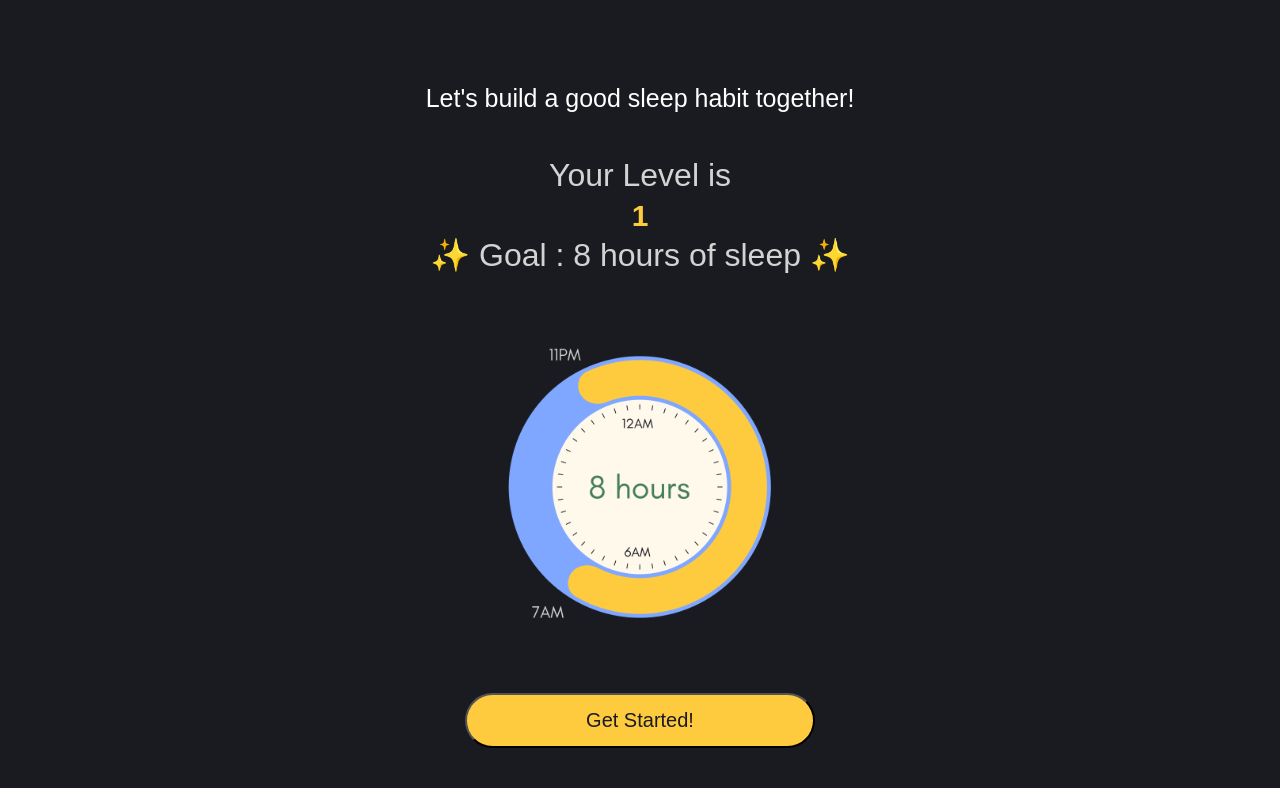
Repository: Crite-Spranberries/sleepixie_app
Page: /result
An editor plug-in stored every save of this project. The page is shown before and after the next save, followed by the edit.
The browser window is 1280 px wide. The pictures show the whole page.
Some web fonts or font styles are not loaded; a fallback is used. The project was rebuilt for these pictures with package versions that can differ from the ones it lists, and the page was loaded fresh each time. The framework's server and built-in components were replaced by stand-ins that run in the browser. Also part of the build but not shown: next.config.mjs.

Above is the page before, as saved 2025-05-12 14:47:59.

### app/layout.js
import "./globals.css";

export default function RootLayout({ children }) {
    return (
        <html lang="en">
            <body>{children}</body>
        </html>
    );
}

### app/result/page.js
"use client";

import { useState } from "react";
import { useRouter } from "next/navigation";
import Image from "next/image";
import YellowFilledButton from "@/ui/buttons/YellowFilledButton";
import styles from "./page.module.css";
import resultClock from "@/ui/images/result_clock.png";

export default function Result() {
    const router = useRouter();

    return (
        <main className={styles.container}>
            <div className={styles.textContainer}>
                <h1 className={styles.title}>
                    Let's build a good sleep habit together!
                </h1>
                <p className={styles.subtitle}>Your Level is</p>
                <p className={styles.level}>1</p>
                <p className={styles.subtitle}>✨ Goal : 8 hours of sleep ✨</p>
            </div>
            <div className={styles.imageContainer}>
                <Image
                    src={resultClock}
                    alt="Result Clock"
                    width={200}
                    height={200}
                    priority
                    className={styles.resultClock}
                />
            </div>
            <div className={styles.buttonContainer}>
                <div className={styles.otherButtons}>
                    <span onClick={() => router.push("/home/home")}>
                        <YellowFilledButton label="Get Started!" />
                    </span>
                </div>
            </div>
        </main>
    );
}

### app/globals.css
@import url("https://fonts.googleapis.com/css2?family=Teachers:wght@400;500;600;700&display=swap");

:root {
    --font-teachers: "Teachers", sans-serif;
}

* {
    margin: 0;
    padding: 0;
    box-sizing: border-box;
}

html,
body {
    font-family: var(--font-teachers);
    font-size: 20px;
    font-style: normal;
    font-weight: 400;
    line-height: 1.5;
    background: var(--night-dark-background, #191b21);
    min-height: 100vh;
}

### ui/buttons/YellowFilledButton.js
import styles from "@/ui/buttons/YellowFilledButton.module.css";

const YellowFilledButton = ({ label }) => {
    return <button className={styles.filledButtonContainer}>{label}</button>;
};
export default YellowFilledButton;

### app/result/page.module.css
.imageContainer {
    display: flex;
    justify-content: center;
    align-items: center;
    margin-top: 1rem;
    margin-bottom: 1rem;
    width: 300px;
    height: 300px;
    margin-left: auto;
    margin-right: auto;
    position: relative;
}

.resultClock {
    width: 100%;
    height: 100%;
    object-fit: contain;
}

.level {
    color: #ffcb3e;
    font-weight: bold;
    font-size: 30px;
}

.container {
    display: flex;
    flex-direction: column;
    align-items: center;
    min-height: 100vh;
    padding: 2rem;
}

.textContainer {
    text-align: center;
    margin: 2rem 0;
}

.title {
    font-size: 25px;
    font-weight: 300;
    margin-bottom: 2rem;
    color: #fff;
}

.subtitle {
    font-size: 32px;
    color: #d3d3d3;
    line-height: 1.1;
}

.subtitle2 {
    font-size: 28px;
    color: #d3d3d3;
    line-height: 1.2;
}

.buttonContainer {
    display: flex;
    flex-direction: column;
    gap: 0.5rem;
    margin-top: auto;
}

.blueButtons {
    display: flex;
    flex-direction: column;
    gap: 0.5rem;
}

.otherButtons {
    display: flex;
    flex-direction: column;
    gap: 0.5rem;
    margin-top: 2rem;
}

### ui/buttons/YellowFilledButton.module.css
.filledButtonContainer {
    width: 350px;
    height: 55px;
    flex-shrink: 0;
    border-radius: 30px;
    background-color: #ffcb3e;
    color: var(--Day---Primary-2, #191b21);
    text-align: center;
    font-family: "Teachers", sans-serif;
    font-size: 20px;
    font-style: normal;
    font-weight: 400;
    line-height: normal;
    cursor: pointer;
}

After the next save:
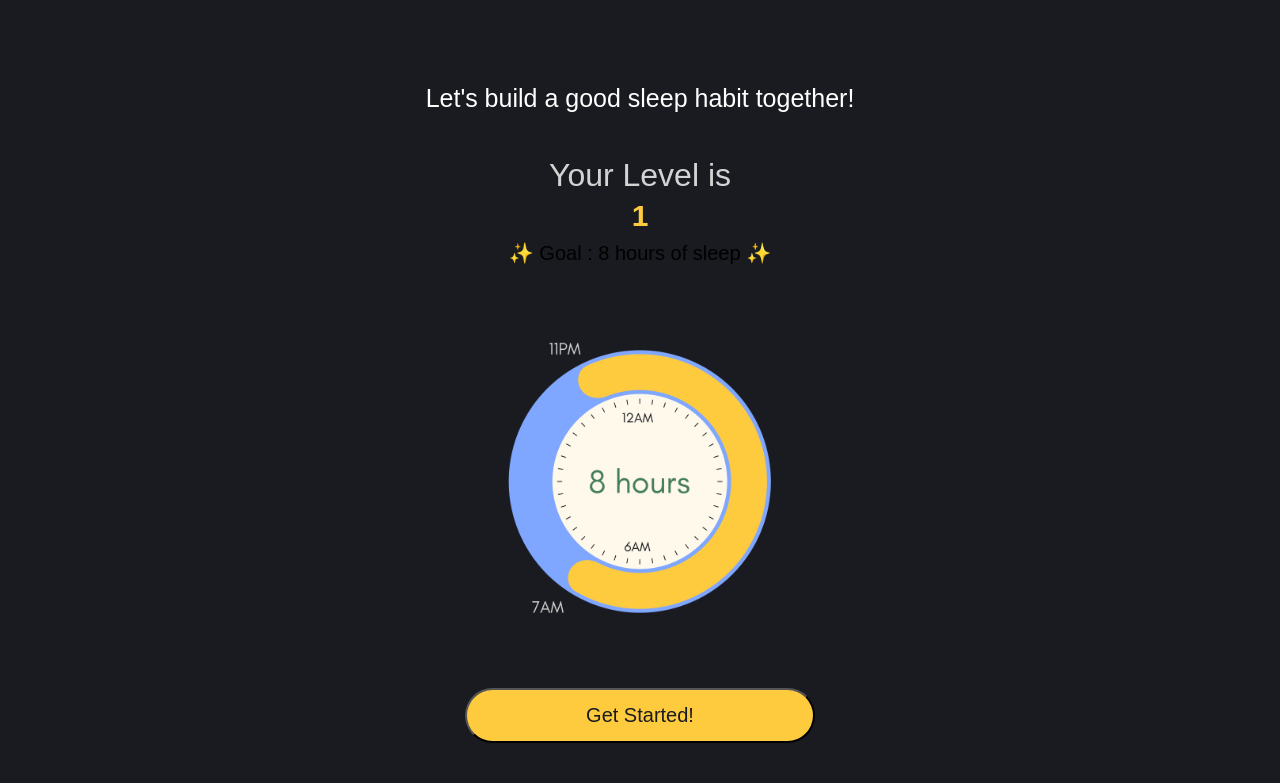
Saved 2 min 7 s later.
--- a/app/result/page.js
+++ b/app/result/page.js
@@ -18,7 +18,7 @@
                 </h1>
                 <p className={styles.subtitle}>Your Level is</p>
                 <p className={styles.level}>1</p>
-                <p className={styles.subtitle}>✨ Goal : 8 hours of sleep ✨</p>
+                <p className={styles.goal}>✨ Goal : 8 hours of sleep ✨</p>
             </div>
             <div className={styles.imageContainer}>
                 <Image
